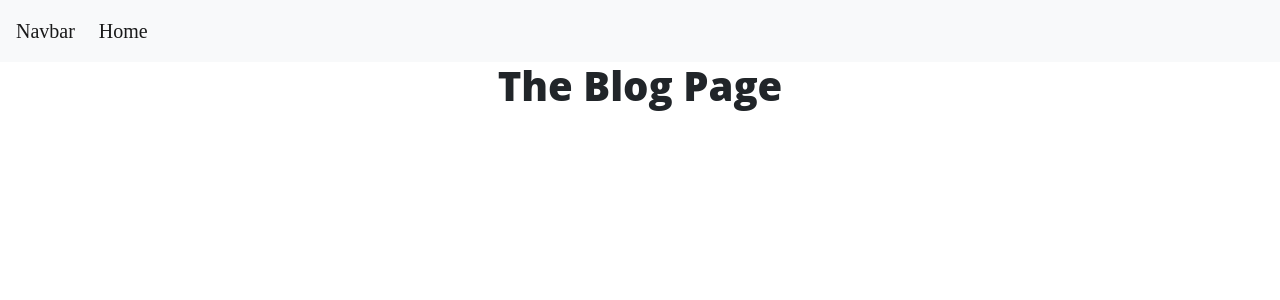
Repository: Rudancy/ms3
Page: http://localhost/
The author's editor kept a record of every edit. The page is drawn from the files as they stood at one moment, then again after the next edit.
The browser window is 1280 px wide. The pictures show the whole page.
Some web libraries are served in a nearby version. The page is served by the project's application, run on Flask 3 (app.py). Queries for data that is not in the repository find no rows.

Above is the page before.

After the next edit:
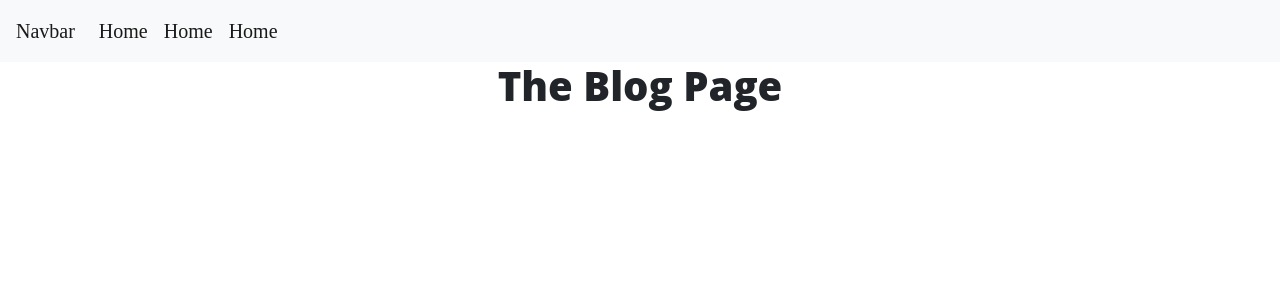
The edit:
--- a/templates/base.html
+++ b/templates/base.html
@@ -26,6 +26,12 @@
       <li class="nav-item active">
         <a class="nav-link" href="#">Home <span class="sr-only">(current)</span></a>
       </li>
+      <li class="nav-item active">
+        <a class="nav-link" href="#">Home <span class="sr-only">(current)</span></a>
+      </li>
+      <li class="nav-item active">
+        <a class="nav-link" href="#">Home <span class="sr-only">(current)</span></a>
+      </li>
 
     </ul>
 
